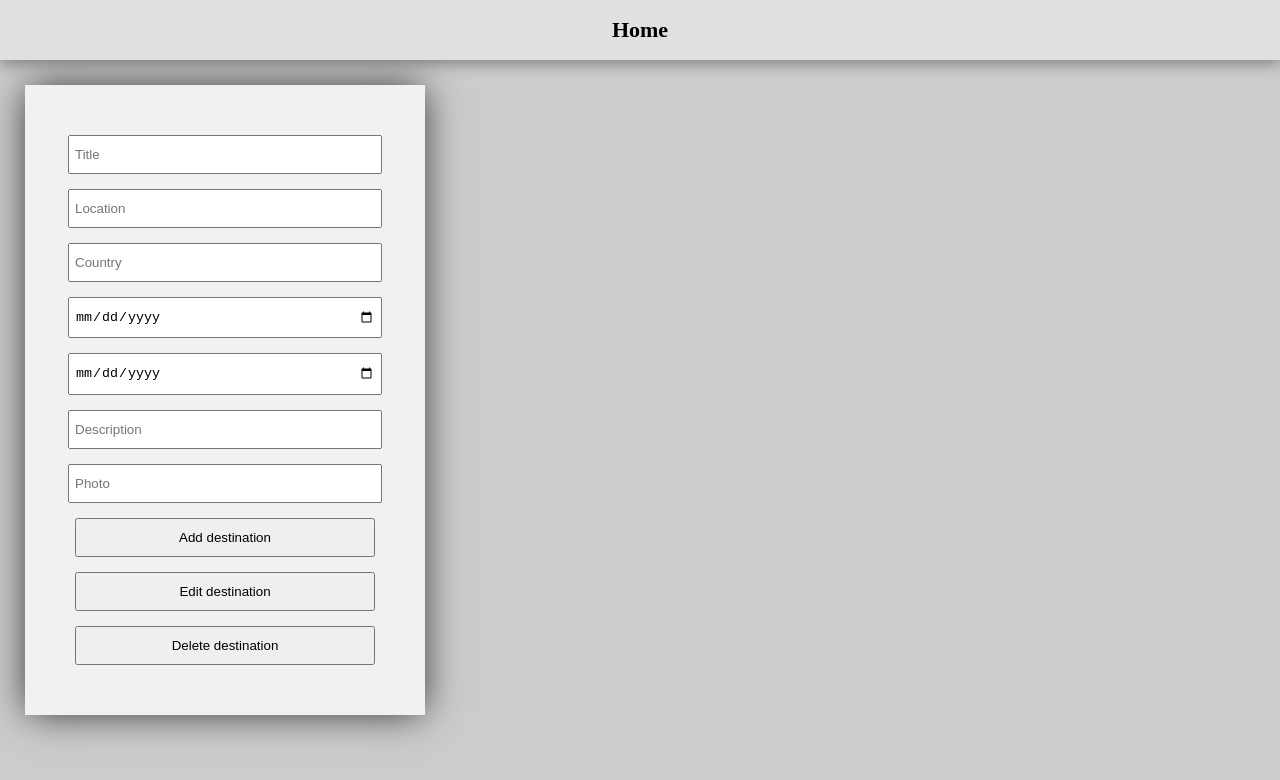
Repository: Marko2353/Travel-Destinations
Page: public/create.html
An editor plug-in stored every save of this project. The page is shown before and after the next save, followed by the edit.
The browser window is 1280 px wide. The pictures show the whole page.
The page's requests for data from a server got no answer.

Above is the page before, as saved 2022-10-14 11:11:35.

After the next save:
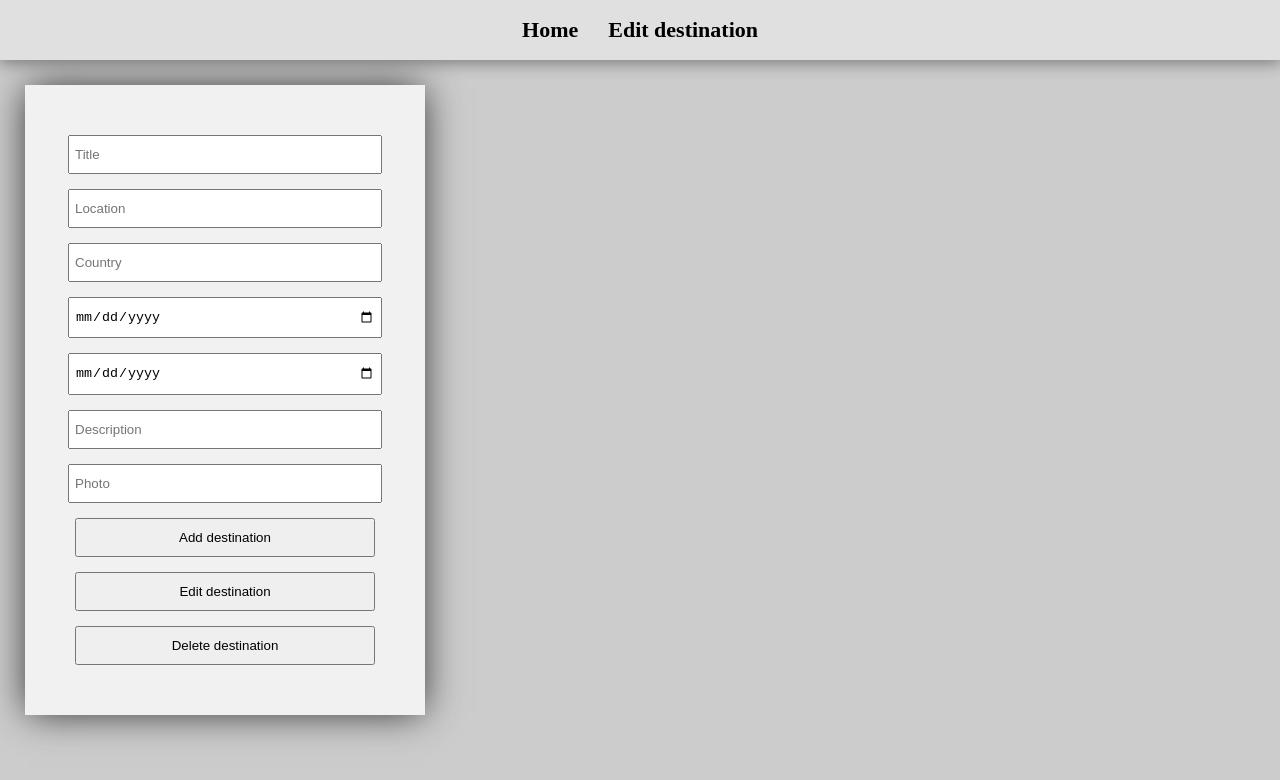
Saved 54 s later.
--- a/public/create.html
+++ b/public/create.html
@@ -12,6 +12,7 @@
 <body>
   <header>
     <a href="index.html">Home</a>
+    <a href="index-edit.html">Edit destination</a>
   </header>
   <section class="containers">
     <div class="form-container">
